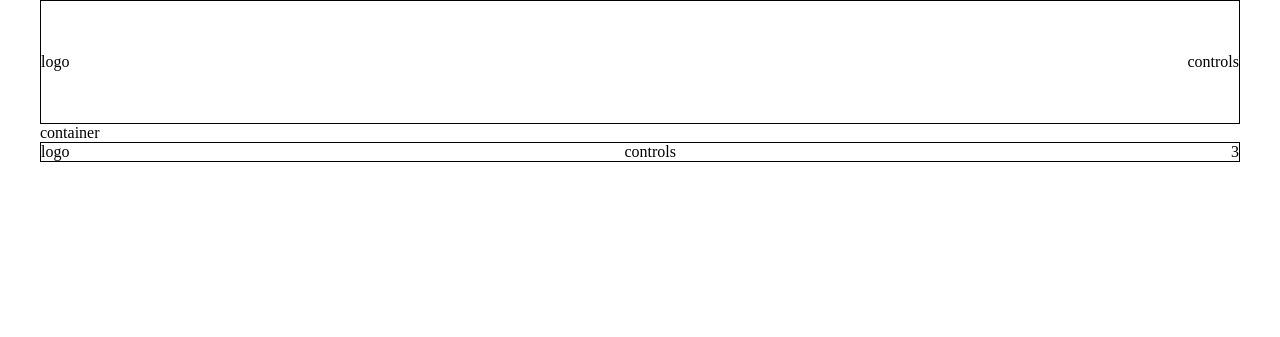
Repository: Valera1994/WebTestProject
Page: delivery/index.html
These files come from the project's save history. The page is drawn as it stood at one moment and after the next save; the edit follows.
The browser window is 1280 px wide. The pictures show the whole page.

Above is the page before, as saved 2025-09-14 18:20:40.

### delivery/index.html
<!DOCTYPE html>
<html lang="ru">
<head>
    <meta charset="UTF-8">
    <meta name="viewport" content="width=device-width, initial-scale=1.0">
    <link rel="stylesheet" href="style.css">
    <title>Delivery Food</title>
</head>
<body>
    <header class="header">
        <div class="container">
            <div class="header-box">
                <div class="header-logo">logo</div>
                <div class="header-controls">controls</div>
            </div>
        </div>
    </header>

    <main class="main">
        <div class="container">
            container
        </div>
    </main>

    <footer class="footer">
        <div class="container">
            <div class="footer-box">
                <div class="footer-logo">logo</div>
                <div class="footer-nav">controls</div>
                <div class="footer-social">3</div>
            </div>
        </div>
    </footer>
</body>
</html>

### delivery/style.css
* {
    box-sizing: border-box;
}

body{
    margin: 0;
    padding: 0;
}

.header{
    height: 124px;
}

.header-box{
    border: 1px solid black;
    height: 100%;
    display: flex;
    align-items: center;
    justify-content: space-between;
}

.main{

}

.footer{

}

.container{
    height: 100%;
    width: 1230px;
    margin: 0px auto;
    padding-left: 15px;
    padding-right: 15px;
}

.footer-box{
    border: 1px solid black;
    height: 100%;
    display: flex;
    align-items: center;
    justify-content: space-between;
}

After the next save:
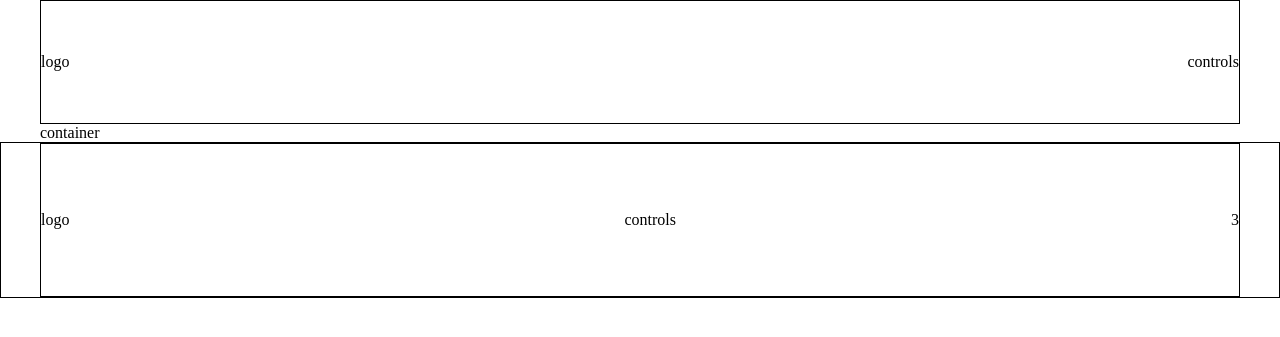
Saved 69 s later.
--- a/delivery/style.css
+++ b/delivery/style.css
@@ -9,6 +9,14 @@ body{
 
 .header{
     height: 124px;
+}
+
+.logo{
+    max-width: 100px;
+}
+
+.logo{
+    max-width: 100px;
 }
 
 .header-box{
@@ -24,7 +32,16 @@ body{
 }
 
 .footer{
+    height: 156px;
+    border: 1px solid black;
+}
 
+.footer-box{
+    border: 1px solid black;
+    height: 100%;
+    display: flex;
+    align-items: center;
+    justify-content: space-between;
 }
 
 .container{
@@ -34,11 +51,3 @@ body{
     padding-left: 15px;
     padding-right: 15px;
 }
-
-.footer-box{
-    border: 1px solid black;
-    height: 100%;
-    display: flex;
-    align-items: center;
-    justify-content: space-between;
-}
